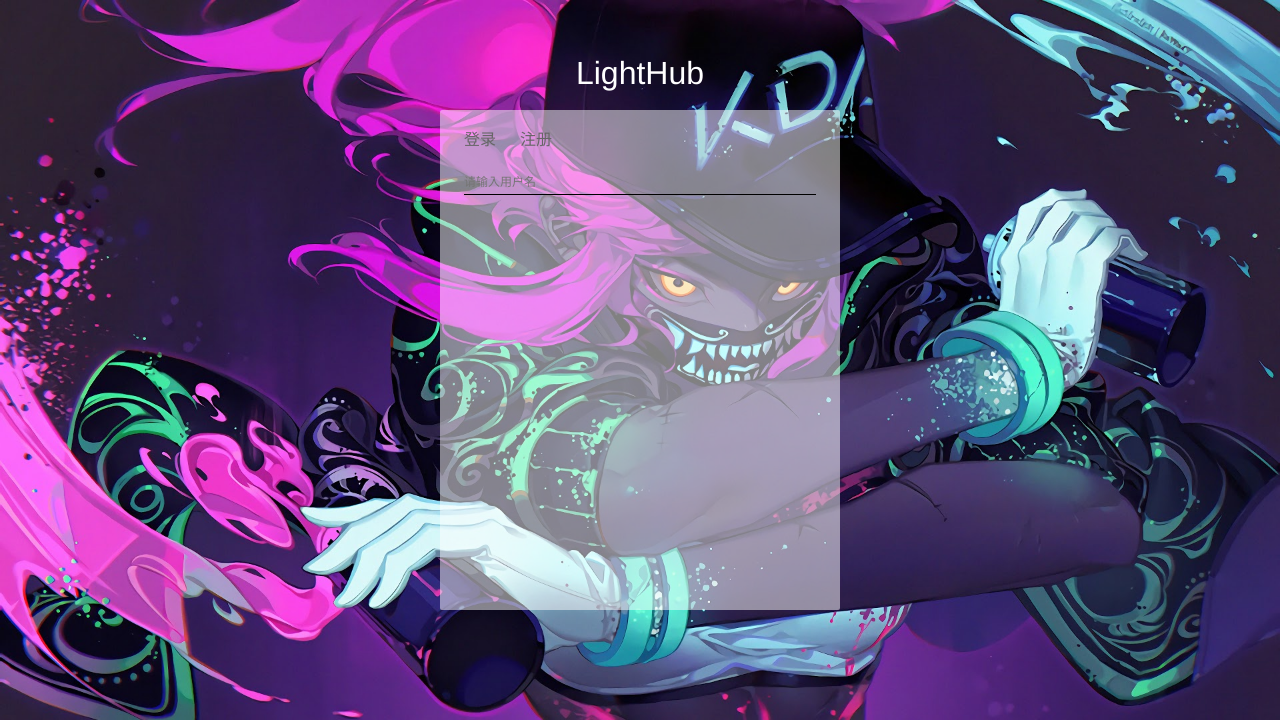
Repository: Martinell1/LightHub
Page: /login (app in LightHub/)
The author's editor kept a copy of each file at every save. The page is drawn from the files as they stood at one save, then again after the next save.
The browser window is 1280 px wide. The pictures show the whole page.
The project was rebuilt for these pictures with package versions that can differ from the ones it lists, and the page was loaded fresh each time. Also part of the build but not shown: LightHub/vite.config.ts.

Above is the page before, as saved 2021-11-21 00:15:06.

After the next save:
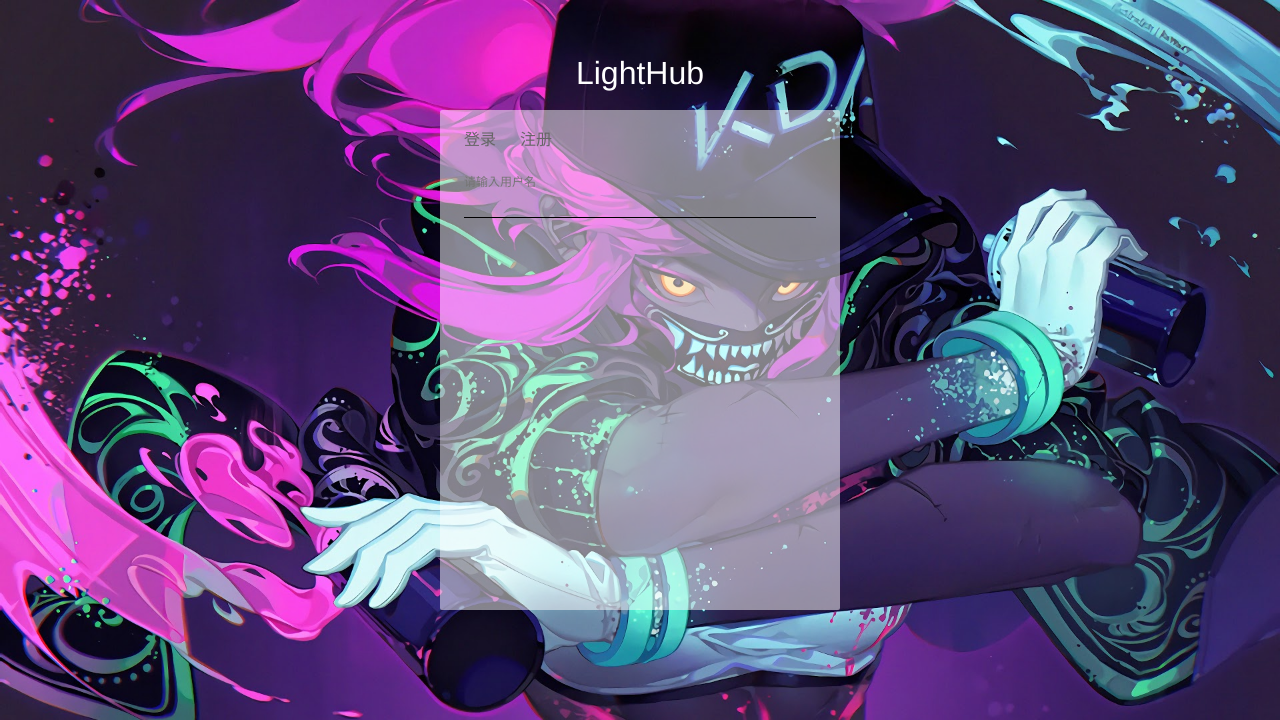
Saved 13 s later.
--- a/LightHub/src/views/Login.vue
+++ b/LightHub/src/views/Login.vue
@@ -56,6 +56,8 @@
 
   .login-form {
     .login-form-item {
+      height: 48px;
+
       input {
         width: 100%;
         line-height: 24px;
